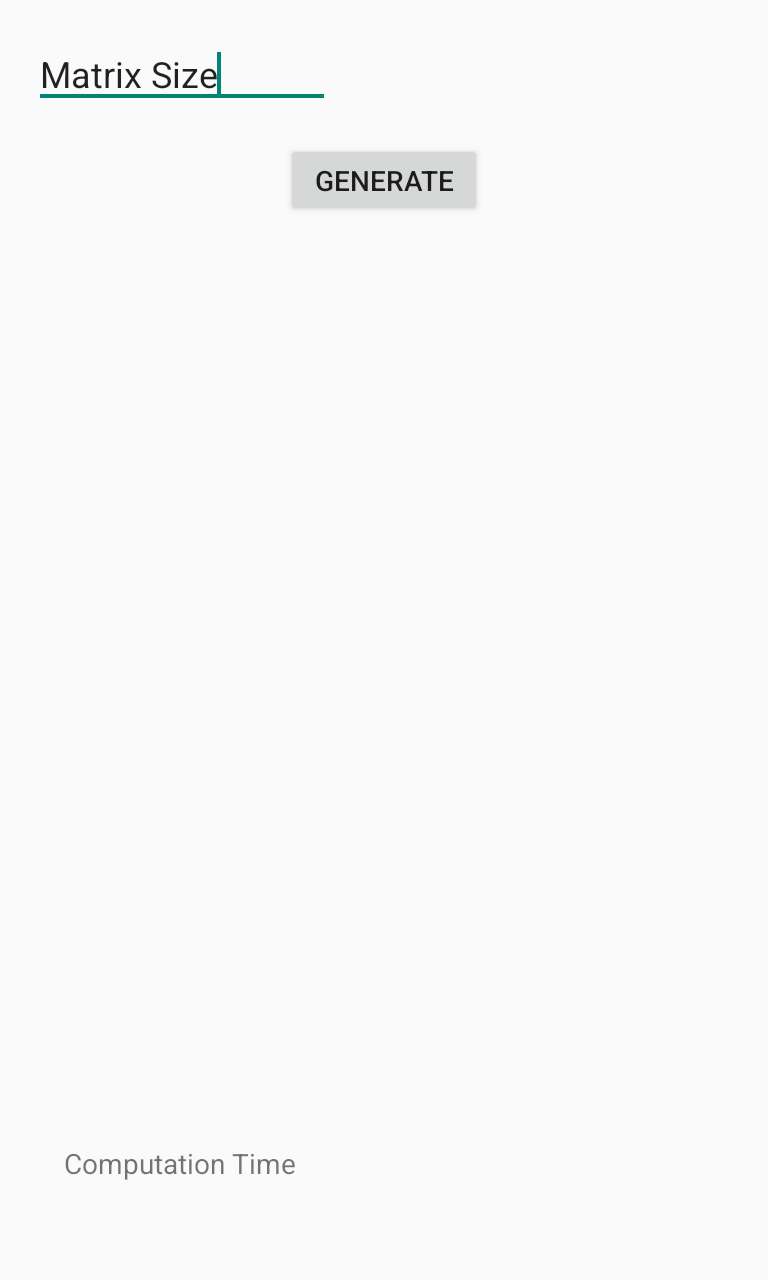
Repository: lhsieh814/ParallelProject
Layout: MatrixManipulation/res/layout/activity_main.xml
These files come from the project's save history. The layout is drawn as it stood at one moment and after the next save; the edit follows.
It is drawn on a 768 x 1280 px phone screen (xhdpi) without system bars, with theme AppTheme; the app's code is not run.

Above is the layout before, as saved 2014-11-22 19:24:45.

### MatrixManipulation/res/layout/activity_main.xml
<RelativeLayout xmlns:android="http://schemas.android.com/apk/res/android"
    xmlns:tools="http://schemas.android.com/tools"
    android:layout_width="match_parent"
    android:layout_height="match_parent"
    android:paddingBottom="@dimen/activity_vertical_margin"
    android:paddingLeft="@dimen/activity_horizontal_margin"
    android:paddingRight="@dimen/activity_horizontal_margin"
    android:paddingTop="@dimen/activity_vertical_margin"
    tools:context="com.example.matrixmanipulation.MainActivity" >


    <EditText
        android:id="@+id/matrixSize"
        android:layout_width="150dp"
        android:layout_height="40dp"
        android:layout_alignParentLeft="true"
        android:layout_alignParentTop="true"
        android:ems="10"
        android:inputType="number"
        android:text="Matrix Size" >

        <requestFocus />
    </EditText>

    <TextView
        android:id="@+id/computationTime"
        android:layout_width="wrap_content"
        android:layout_height="wrap_content"
        android:layout_alignParentBottom="true"
        android:layout_marginBottom="33dp"
        android:layout_marginLeft="16dp"
        android:text="Computation Time" />

    <Button
        android:id="@+id/generateButton"
        android:layout_width="100dp"
        android:layout_height="40dp"
        android:layout_below="@+id/matrixSize"
        android:layout_centerHorizontal="true"
        android:layout_marginTop="14dp"
        android:text="Generate" />

</RelativeLayout>

Loaded but not shown: MatrixManipulation/res/values/styles.xml (common file); MatrixManipulation/res/values-v11/styles.xml (common file); MatrixManipulation/res/values-v14/styles.xml (common file); MatrixManipulation/res/values/dimens.xml (common file); MatrixManipulation/res/values-w820dp/dimens.xml (common file)

After the next save:
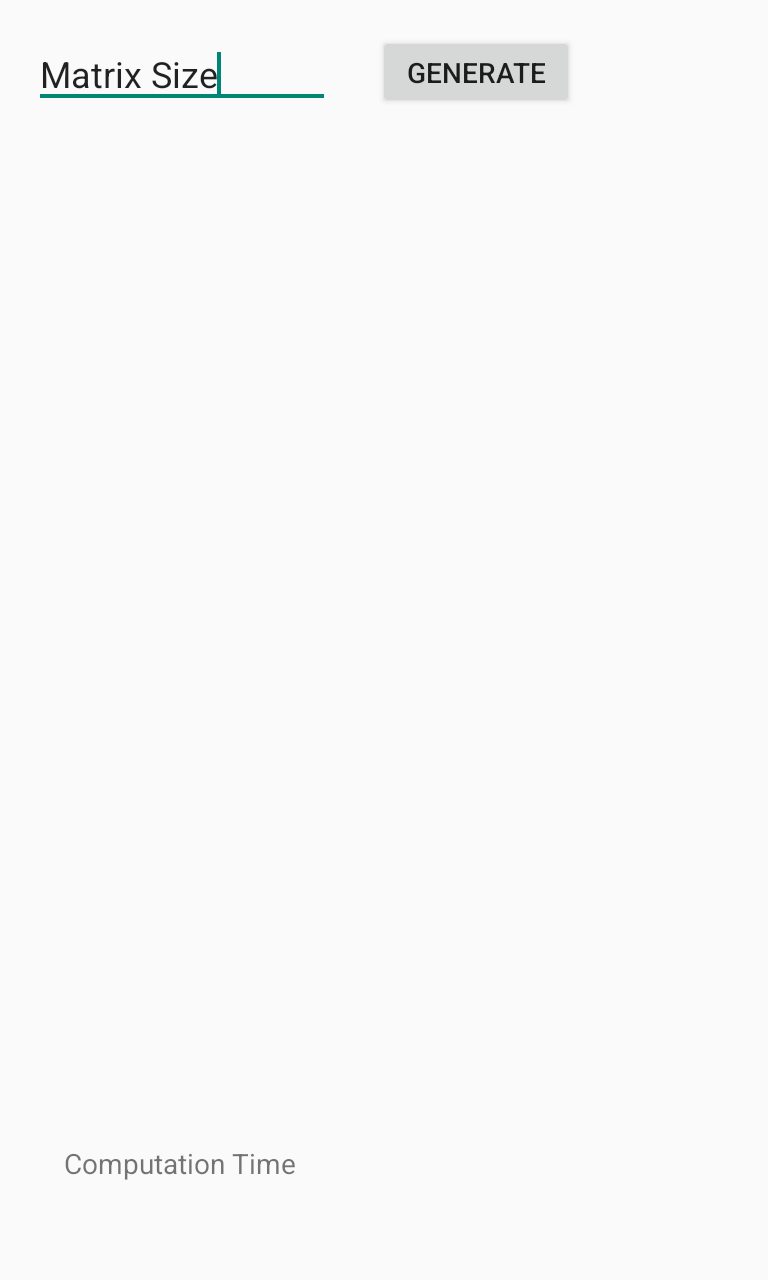
Saved 9 s later.
--- a/MatrixManipulation/res/layout/activity_main.xml
+++ b/MatrixManipulation/res/layout/activity_main.xml
@@ -35,9 +35,9 @@
         android:id="@+id/generateButton"
         android:layout_width="100dp"
         android:layout_height="40dp"
-        android:layout_below="@+id/matrixSize"
-        android:layout_centerHorizontal="true"
-        android:layout_marginTop="14dp"
+        android:layout_alignTop="@+id/matrixSize"
+        android:layout_marginLeft="22dp"
+        android:layout_toRightOf="@+id/matrixSize"
         android:text="Generate" />
 
 </RelativeLayout>
